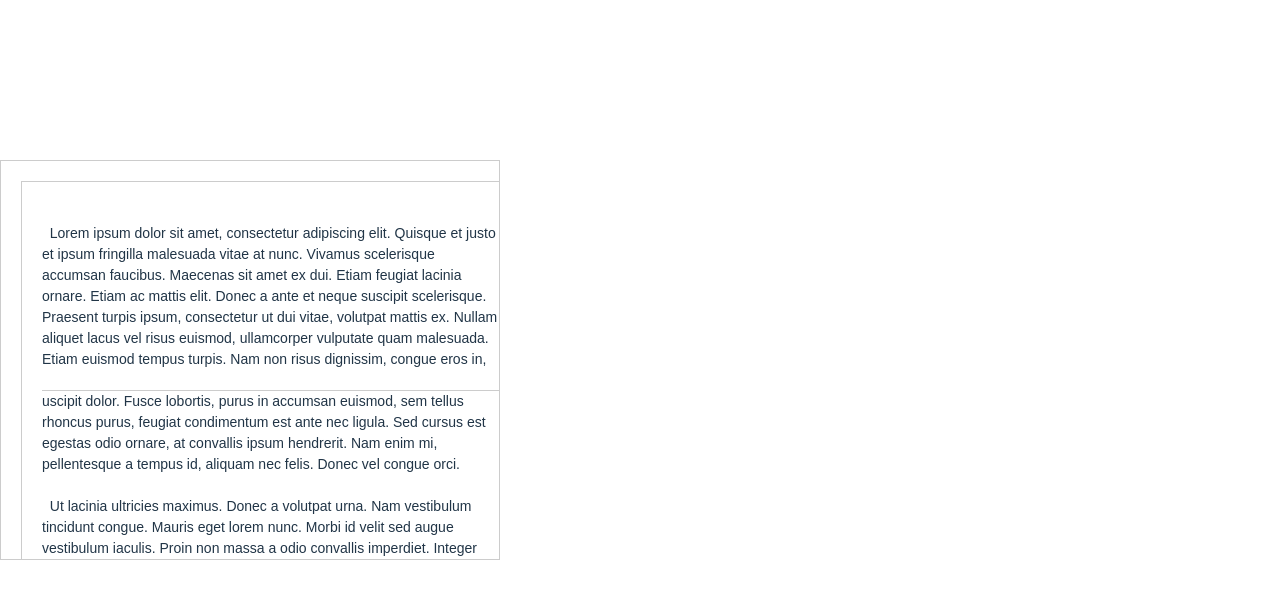
Repository: TakingJester766/Page-View
Page: /
The author's editor kept a copy of each file at every save. The page is drawn from the files as they stood at one save, then again after the next save.
The browser window is 1280 px wide. The pictures show the whole page.
An inner scrolling area shows only its first screen. The project was rebuilt for these pictures with package versions that can differ from the ones it lists, and the page was loaded fresh each time. Also part of the build but not shown: vite.config.js.

Above is the page before, as saved 2023-01-15 18:51:55.

### src/App.jsx
import React from 'react';
import ScrollableText from './ScrollableText';

function App() {
  const text = `
  Lorem ipsum dolor sit amet, consectetur adipiscing elit. Quisque et justo et ipsum fringilla malesuada vitae at nunc. Vivamus scelerisque accumsan faucibus. Maecenas sit amet ex dui. Etiam feugiat lacinia ornare. Etiam ac mattis elit. Donec a ante et neque suscipit scelerisque. Praesent turpis ipsum, consectetur ut dui vitae, volutpat mattis ex. Nullam aliquet lacus vel risus euismod, ullamcorper vulputate quam malesuada. Etiam euismod tempus turpis. Nam non risus dignissim, congue eros in, suscipit dolor. Fusce lobortis, purus in accumsan euismod, sem tellus rhoncus purus, feugiat condimentum est ante nec ligula. Sed cursus est egestas odio ornare, at convallis ipsum hendrerit. Nam enim mi, pellentesque a tempus id, aliquam nec felis. Donec vel congue orci.

  Ut lacinia ultricies maximus. Donec a volutpat urna. Nam vestibulum tincidunt congue. Mauris eget lorem nunc. Morbi id velit sed augue vestibulum iaculis. Proin non massa a odio convallis imperdiet. Integer blandit congue arcu, eu tempor est gravida nec. Donec ut velit ut velit tincidunt luctus vitae sit amet neque. Morbi sodales tempus mi, vitae imperdiet diam viverra et. Nam ante diam, blandit sit amet maximus nec, vulputate in nibh. Aenean feugiat sapien sit amet erat tempus, eu lobortis tellus sodales.

  Vivamus nec dictum nibh, vel bibendum magna. Curabitur condimentum justo ac neque placerat, sit amet accumsan orci fermentum. Aliquam sed urna non eros feugiat fringilla. Vestibulum vel iaculis diam. Interdum et malesuada fames ac ante ipsum primis in faucibus. Morbi pretium augue tortor, in accumsan diam semper nec. Sed ac tincidunt tellus. Vivamus lobortis dui ut faucibus ultricies. Aliquam at consequat ipsum. Fusce vel mollis diam. Ut id dolor suscipit, iaculis est at, malesuada dui. Sed fringilla diam purus, a commodo augue pretium eget. Fusce blandit ut ante sed mollis. Nulla non porttitor urna. Curabitur sed varius nunc, id elementum justo.

  Etiam commodo finibus risus ut lobortis. Donec ac massa id dolor cursus gravida. Sed non sem id est tincidunt egestas. Aenean et aliquam est. Aenean ornare sit amet erat sed commodo. Morbi et tortor sit amet lacus tempor consectetur. Aenean ultrices libero ac tellus molestie, in maximus leo porttitor. Pellentesque scelerisque ante nec velit aliquam posuere. Donec varius id ligula sit amet facilisis. Maecenas purus metus, egestas et auctor non, sagittis vel tellus. Sed facilisis, urna ac interdum suscipit, massa diam vestibulum orci, eu pretium ex odio et sem. Curabitur tempor, mi nec luctus vestibulum, diam elit aliquam risus, ut vestibulum est ante at libero. Nunc auctor consequat leo.

  Aliquam eu mauris a elit tincidunt rutrum sed eget lacus. Ut faucibus laoreet mauris tempus feugiat. Orci varius natoque penatibus et magnis dis parturient montes, nascetur ridiculus mus. Morbi in pretium ante. Morbi vel blandit dolor. Morbi volutpat libero et enim lobortis pharetra. Aliquam eget velit vel lacus gravida dignissim non a nibh. Phasellus dictum, quam eget sagittis scelerisque, tortor leo aliquam nunc, quis varius ipsum risus sed nisi. Quisque congue diam sed ipsum molestie bibendum. Praesent iaculis, urna et pretium suscipit, sem tortor dignissim neque, quis laoreet lorem elit id sem. Duis ullamcorper felis justo, id rhoncus sapien finibus nec. Quisque posuere velit mattis suscipit ornare. Ut molestie dignissim vestibulum. Nam at lectus bibendum, rhoncus orci ac, scelerisque ligula. Interdum et malesuada fames ac ante ipsum primis in faucibus.`;
  return (
    <div className="scroll-container">
      <ScrollableText text={text} />
    </div>
  );
}

export default App;

### src/index.css
:root {
  font-family: Inter, Avenir, Helvetica, Arial, sans-serif;
  font-size: 16px;
  line-height: 24px;
  font-weight: 400;

  color-scheme: light dark;
  color: rgba(255, 255, 255, 0.87);
  background-color: #242424;

  font-synthesis: none;
  text-rendering: optimizeLegibility;
  -webkit-font-smoothing: antialiased;
  -moz-osx-font-smoothing: grayscale;
  -webkit-text-size-adjust: 100%;
}

a {
  font-weight: 500;
  color: #646cff;
  text-decoration: inherit;
}
a:hover {
  color: #535bf2;
}

body {
  margin: 0;
  display: flex;
  place-items: center;
  min-width: 320px;
  min-height: 100vh;
}

h1 {
  font-size: 3.2em;
  line-height: 1.1;
}

button {
  border-radius: 8px;
  border: 1px solid transparent;
  padding: 0.6em 1.2em;
  font-size: 1em;
  font-weight: 500;
  font-family: inherit;
  background-color: #1a1a1a;
  cursor: pointer;
  transition: border-color 0.25s;
}
button:hover {
  border-color: #646cff;
}
button:focus,
button:focus-visible {
  outline: 4px auto -webkit-focus-ring-color;
}

@media (prefers-color-scheme: light) {
  :root {
    color: #213547;
    background-color: #ffffff;
  }
  a:hover {
    color: #747bff;
  }
  button {
    background-color: #f9f9f9;
  }
}

.scroll-container {
  height: 400px; /* adjust this to your desired height */
  width: 500px; /* adjust this to your desired width */
  overflow: auto;
  padding: 20px; /* add some padding for the content */
  box-sizing: border-box; /* include the padding and border in the total width and height */
  border: 1px solid #ccc; /* add a border */
  font-size: 14px; /* adjust the font size to your preference */
  font-family: Arial, sans-serif; /* adjust the font family to your preference */
  line-height: 1.5; /* adjust the line height to your preference */
  word-wrap: break-word;
  width: 500px;
  white-space: pre-wrap;
  overflow-x: hidden;

}

.page-break {
  width: 100%;
  height: 20px;
  border-bottom: 1px solid #ccc;
}

### src/ScrollableText.jsx
import React, { useState } from 'react';

const ScrollableText = ({text}) => {
  const [currentPage, setCurrentPage] = useState(0);
  const charactersPerPage = 500;
  const pageCount = Math.ceil(text.length / charactersPerPage);

  const handleScroll = (event) => {
    setCurrentPage(Math.floor(event.target.scrollTop / event.target.clientHeight));
  };

  return (
    <div className="scroll-container" style={{overflow: 'auto', height: '500px'}} onScroll={handleScroll}>
      {Array.from({ length: pageCount }, (_, i) => {
        let start = i * charactersPerPage;
        let end = (i + 1) * charactersPerPage;
        let currentText = text.slice(start, end);
        if (currentText[currentText.length - 1] !== " ") {
          let lastSpace = currentText.lastIndexOf(" ");
          currentText = currentText.slice(0, lastSpace);
        }
        return (
          <div className={`page ${i === currentPage ? 'visible' : 'hidden'}`} key={i}>
            {currentText}
            {i !== pageCount - 1 && <div className="page-break"></div>}
          </div>
        );
      })}
    </div>
  );

}

export default ScrollableText;

Loaded but not shown: index.html (common file); src/main.jsx (common file)

After the next save:
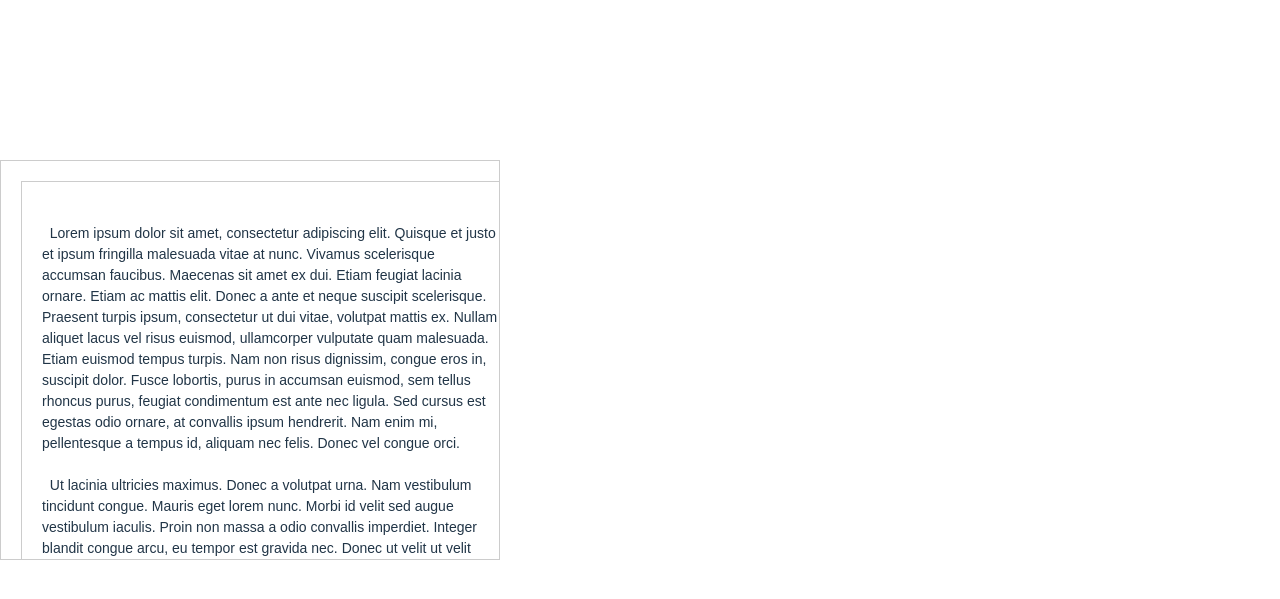
Saved 87 s later.
--- a/src/ScrollableText.jsx
+++ b/src/ScrollableText.jsx
@@ -2,7 +2,7 @@ import React, { useState } from 'react';
 
 const ScrollableText = ({text}) => {
   const [currentPage, setCurrentPage] = useState(0);
-  const charactersPerPage = 500;
+  const charactersPerPage = 1800;
   const pageCount = Math.ceil(text.length / charactersPerPage);
 
   const handleScroll = (event) => {
